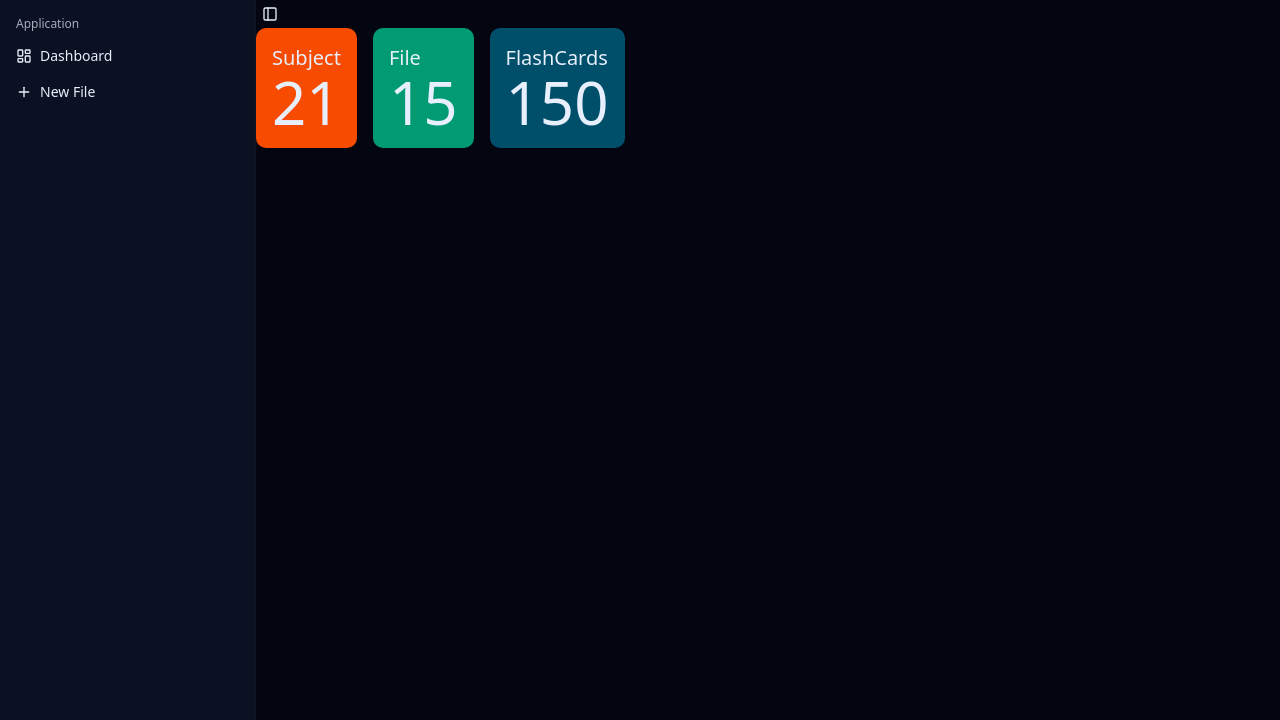
Repository: SywarDer/Student-Assistance
Page: /dashboard (app in student-assistant/)
An editor plug-in stored every save of this project. The page is shown before and after a run of saves, followed by the edit.
The browser window is 1280 px wide. The pictures show the whole page.
The project was rebuilt for these pictures with package versions that can differ from the ones it lists, and the page was loaded fresh each time. The framework's server and built-in components were replaced by stand-ins that run in the browser. Also part of the build but not shown: student-assistant/next.config.ts, student-assistant/components/ui/input.tsx, student-assistant/components/ui/separator.tsx, student-assistant/components/ui/skeleton.tsx. Imported but missing from the stored project, and not drawn on this page: student-assistant/components/ui/sheet.

Above is the page before, as saved 2025-10-30 19:57:35.

### student-assistant/app/layout.tsx
import type { Metadata } from "next";
import { Geist, Geist_Mono } from "next/font/google";
import "./globals.css";
import { SidebarProvider, SidebarTrigger } from "@/components/ui/sidebar";
import { AppSidebar } from "./home/components/navBar";

const geistSans = Geist({
  variable: "--font-geist-sans",
  subsets: ["latin"],
});

const geistMono = Geist_Mono({
  variable: "--font-geist-mono",
  subsets: ["latin"],
});

export const metadata: Metadata = {
  title: "Create Next App",
  description: "Generated by create next app",
};

export default function RootLayout({
children,
}: Readonly<{
  children: React.ReactNode;
}>) {
  return (
    <html lang="en">
      <body
        className={`${geistSans.variable} ${geistMono.variable} antialiased`}
      >
        <SidebarProvider>
      <AppSidebar />
      <main>
        <SidebarTrigger />
        {children}
         </main>
    </SidebarProvider>
      </body>
    </html>
  );
}

### student-assistant/app/dashboard/page.tsx
export default function Dashboard() {
    return (
         // Dashboard Cards
        <div className="flex space-x-4 justify-between w-full">
            <div className="rounded-lg p-4" style={{
                backgroundColor: "var(--chart-1)",
                color: "var(--card-foreground)",
            }}>
                <h1 className="text-xl">Subject</h1>
                <h1 className="text-6xl">21</h1>
            </div>
            <div className="rounded-lg p-4" style={{
                backgroundColor: "var(--chart-2)",
                color: "var(--card-foreground)",
            }}>
                <h1 className="text-xl">File</h1>
                <h1 className="text-6xl">15</h1>
            </div>
            <div className="rounded-lg p-4" style={{
                backgroundColor: "var(--chart-3)",
                color: "var(--card-foreground)",
            }}>
                <h1 className="text-xl">FlashCards</h1>
                <h1 className="text-6xl">150</h1>
            </div>
        </div>

    )
}

### student-assistant/app/globals.css
@import "tailwindcss";
@import "tw-animate-css";

@custom-variant dark (&:is(.dark *));

@theme inline {
  --color-background: var(--background);
  --color-foreground: var(--foreground);
  --font-sans: var(--font-geist-sans);
  --font-mono: var(--font-geist-mono);
  --color-sidebar-ring: var(--sidebar-ring);
  --color-sidebar-border: var(--sidebar-border);
  --color-sidebar-accent-foreground: var(--sidebar-accent-foreground);
  --color-sidebar-accent: var(--sidebar-accent);
  --color-sidebar-primary-foreground: var(--sidebar-primary-foreground);
  --color-sidebar-primary: var(--sidebar-primary);
  --color-sidebar-foreground: var(--sidebar-foreground);
  --color-sidebar: var(--sidebar);
  --color-chart-5: var(--chart-5);
  --color-chart-4: var(--chart-4);
  --color-chart-3: var(--chart-3);
  --color-chart-2: var(--chart-2);
  --color-chart-1: var(--chart-1);
  --color-ring: var(--ring);
  --color-input: var(--input);
  --color-border: var(--border);
  --color-destructive: var(--destructive);
  --color-accent-foreground: var(--accent-foreground);
  --color-accent: var(--accent);
  --color-muted-foreground: var(--muted-foreground);
  --color-muted: var(--muted);
  --color-secondary-foreground: var(--secondary-foreground);
  --color-secondary: var(--secondary);
  --color-primary-foreground: var(--primary-foreground);
  --color-primary: var(--primary);
  --color-popover-foreground: var(--popover-foreground);
  --color-popover: var(--popover);
  --color-card-foreground: var(--card-foreground);
  --color-card: var(--card);
  --radius-sm: calc(var(--radius) - 4px);
  --radius-md: calc(var(--radius) - 2px);
  --radius-lg: var(--radius);
  --radius-xl: calc(var(--radius) + 4px);
}

:root {
  --radius: 0.625rem;

  /* Base dark background & text */
  --background: oklch(0.12 0.03 270);        /* Dark gray-blue */
  --foreground: oklch(0.95 0.02 260);        /* Soft white */

  /* Cards & popovers */
  --card: oklch(0.18 0.04 270);              /* Slightly lighter than background */
  --card-foreground: var(--foreground);
  --popover: oklch(0.18 0.04 270);
  --popover-foreground: var(--foreground);

  /* Primary & secondary */
  --primary: oklch(0.6 0.12 260);            /* Deep blue */
  --primary-foreground: var(--foreground);
  --secondary: oklch(0.45 0.08 280);         /* Soft purple */
  --secondary-foreground: var(--foreground);

  /* Muted & accents */
  --muted: oklch(0.2 0.03 270);
  --muted-foreground: oklch(0.7 0.02 260);
  --accent: oklch(0.65 0.15 350);            /* Magenta/pinkish accent */
  --accent-foreground: var(--foreground);

  /* Destructive actions */
  --destructive: oklch(0.6 0.25 30);         /* Dark red */
  --border: oklch(0.3 0.02 270 / 40%);
  --input: oklch(0.15 0.03 270);             /* Slightly darker than card */
  --ring: oklch(0.5 0.03 270);

  /* Charts */
  --chart-1: oklch(0.65 0.22 40);
  --chart-2: oklch(0.6 0.15 170);
  --chart-3: oklch(0.4 0.08 230);
  --chart-4: oklch(0.6 0.18 300);
  --chart-5: oklch(0.55 0.2 50);

  /* Sidebar */
  --sidebar: oklch(0.18 0.04 270);
  --sidebar-foreground: var(--foreground);
  --sidebar-primary: var(--primary);
  --sidebar-primary-foreground: var(--foreground);
  --sidebar-accent: var(--accent);
  --sidebar-accent-foreground: var(--foreground);
  --sidebar-border: oklch(0.3 0.02 270 / 40%);
  --sidebar-ring: oklch(0.5 0.03 270);
}

/* Optional light mode toggle */
.light {
  --background: oklch(0.98 0.02 260);       /* Light gray */
  --foreground: oklch(0.12 0.03 270);       /* Dark text */

  --card: oklch(0.99 0.03 260);
  --card-foreground: var(--foreground);
  --popover: oklch(0.99 0.03 260);
  --popover-foreground: var(--foreground);

  --primary: oklch(0.2 0.05 260);
  --primary-foreground: var(--foreground);
  --secondary: oklch(0.5 0.1 280);
  --secondary-foreground: var(--foreground);

  --muted: oklch(0.85 0.03 270);
  --muted-foreground: oklch(0.35 0.02 260);
  --accent: oklch(0.8 0.2 350);
  --accent-foreground: var(--foreground);

  --destructive: oklch(0.9 0.25 30);
  --border: oklch(0.8 0.02 270 / 30%);
  --input: oklch(0.95 0.03 260);
  --ring: oklch(0.7 0.03 270);

  --chart-1: oklch(0.65 0.22 40);
  --chart-2: oklch(0.6 0.15 170);
  --chart-3: oklch(0.4 0.08 230);
  --chart-4: oklch(0.6 0.18 300);
  --chart-5: oklch(0.55 0.2 50);

  --sidebar: oklch(0.95 0.03 260);
  --sidebar-foreground: var(--foreground);
  --sidebar-primary: var(--primary);
  --sidebar-primary-foreground: var(--foreground);
  --sidebar-accent: var(--accent);
  --sidebar-accent-foreground: var(--foreground);
  --sidebar-border: oklch(0.8 0.02 270 / 30%);
  --sidebar-ring: oklch(0.7 0.03 270);
}



@layer base {
  * {
    @apply border-border outline-ring/50;
  }
  body {
    @apply bg-background text-foreground;
  }
}

### student-assistant/app/home/components/navBar.tsx
import { Calendar, Home, Inbox, LayoutDashboardIcon, PlusIcon, Search, Settings } from "lucide-react"

import {
  Sidebar,
  SidebarContent,
  SidebarGroup,
  SidebarGroupContent,
  SidebarGroupLabel,
  SidebarMenu,
  SidebarMenuButton,
  SidebarMenuItem,
} from "@/components/ui/sidebar"


const items = [
  {
    title: "Dashboard",
    url: "/dashboard",
    icon: LayoutDashboardIcon,
  },
  {
    title: "New File",
    url: "/new-file",
    icon: PlusIcon,
  },

]

export function AppSidebar() {
  return (
    <Sidebar>
      <SidebarContent>
        <SidebarGroup>
          <SidebarGroupLabel>Application</SidebarGroupLabel>
          <SidebarGroupContent>
            <SidebarMenu>
              {items.map((item) => (
                <SidebarMenuItem key={item.title}>
                  <SidebarMenuButton asChild>
                    <a href={item.url}>
                      <item.icon />
                      <span>{item.title}</span>
                    </a>
                  </SidebarMenuButton>
                </SidebarMenuItem>
              ))}
            </SidebarMenu>
          </SidebarGroupContent>
        </SidebarGroup>
      </SidebarContent>
    </Sidebar>
  )
}

### student-assistant/components/ui/button.tsx
import * as React from "react"
import { Slot } from "@radix-ui/react-slot"
import { cva, type VariantProps } from "class-variance-authority"

import { cn } from "@/lib/utils"

const buttonVariants = cva(
  "inline-flex items-center justify-center gap-2 whitespace-nowrap rounded-md text-sm font-medium transition-all disabled:pointer-events-none disabled:opacity-50 [&_svg]:pointer-events-none [&_svg:not([class*='size-'])]:size-4 shrink-0 [&_svg]:shrink-0 outline-none focus-visible:border-ring focus-visible:ring-ring/50 focus-visible:ring-[3px] aria-invalid:ring-destructive/20 dark:aria-invalid:ring-destructive/40 aria-invalid:border-destructive",
  {
    variants: {
      variant: {
        default: "bg-primary text-primary-foreground hover:bg-primary/90",
        destructive:
          "bg-destructive text-white hover:bg-destructive/90 focus-visible:ring-destructive/20 dark:focus-visible:ring-destructive/40 dark:bg-destructive/60",
        outline:
          "border bg-background shadow-xs hover:bg-accent hover:text-accent-foreground dark:bg-input/30 dark:border-input dark:hover:bg-input/50",
        secondary:
          "bg-secondary text-secondary-foreground hover:bg-secondary/80",
        ghost:
          "hover:bg-accent hover:text-accent-foreground dark:hover:bg-accent/50",
        link: "text-primary underline-offset-4 hover:underline",
      },
      size: {
        default: "h-9 px-4 py-2 has-[>svg]:px-3",
        sm: "h-8 rounded-md gap-1.5 px-3 has-[>svg]:px-2.5",
        lg: "h-10 rounded-md px-6 has-[>svg]:px-4",
        icon: "size-9",
        "icon-sm": "size-8",
        "icon-lg": "size-10",
      },
    },
    defaultVariants: {
      variant: "default",
      size: "default",
    },
  }
)

function Button({
  className,
  variant,
  size,
  asChild = false,
  ...props
}: React.ComponentProps<"button"> &
  VariantProps<typeof buttonVariants> & {
    asChild?: boolean
  }) {
  const Comp = asChild ? Slot : "button"

  return (
    <Comp
      data-slot="button"
      className={cn(buttonVariants({ variant, size, className }))}
      {...props}
    />
  )
}

export { Button, buttonVariants }

### student-assistant/components/ui/tooltip.tsx
"use client"

import * as React from "react"
import * as TooltipPrimitive from "@radix-ui/react-tooltip"

import { cn } from "@/lib/utils"

function TooltipProvider({
  delayDuration = 0,
  ...props
}: React.ComponentProps<typeof TooltipPrimitive.Provider>) {
  return (
    <TooltipPrimitive.Provider
      data-slot="tooltip-provider"
      delayDuration={delayDuration}
      {...props}
    />
  )
}

function Tooltip({
  ...props
}: React.ComponentProps<typeof TooltipPrimitive.Root>) {
  return (
    <TooltipProvider>
      <TooltipPrimitive.Root data-slot="tooltip" {...props} />
    </TooltipProvider>
  )
}

function TooltipTrigger({
  ...props
}: React.ComponentProps<typeof TooltipPrimitive.Trigger>) {
  return <TooltipPrimitive.Trigger data-slot="tooltip-trigger" {...props} />
}

function TooltipContent({
  className,
  sideOffset = 0,
  children,
  ...props
}: React.ComponentProps<typeof TooltipPrimitive.Content>) {
  return (
    <TooltipPrimitive.Portal>
      <TooltipPrimitive.Content
        data-slot="tooltip-content"
        sideOffset={sideOffset}
        className={cn(
          "bg-foreground text-background animate-in fade-in-0 zoom-in-95 data-[state=closed]:animate-out data-[state=closed]:fade-out-0 data-[state=closed]:zoom-out-95 data-[side=bottom]:slide-in-from-top-2 data-[side=left]:slide-in-from-right-2 data-[side=right]:slide-in-from-left-2 data-[side=top]:slide-in-from-bottom-2 z-50 w-fit origin-(--radix-tooltip-content-transform-origin) rounded-md px-3 py-1.5 text-xs text-balance",
          className
        )}
        {...props}
      >
        {children}
        <TooltipPrimitive.Arrow className="bg-foreground fill-foreground z-50 size-2.5 translate-y-[calc(-50%_-_2px)] rotate-45 rounded-[2px]" />
      </TooltipPrimitive.Content>
    </TooltipPrimitive.Portal>
  )
}

export { Tooltip, TooltipTrigger, TooltipContent, TooltipProvider }

Loaded but not shown: student-assistant/hooks/use-mobile.ts (common file); student-assistant/lib/utils.ts (common file); student-assistant/components/ui/sidebar.tsx (726 lines, source omitted)

After the next 3 saves:
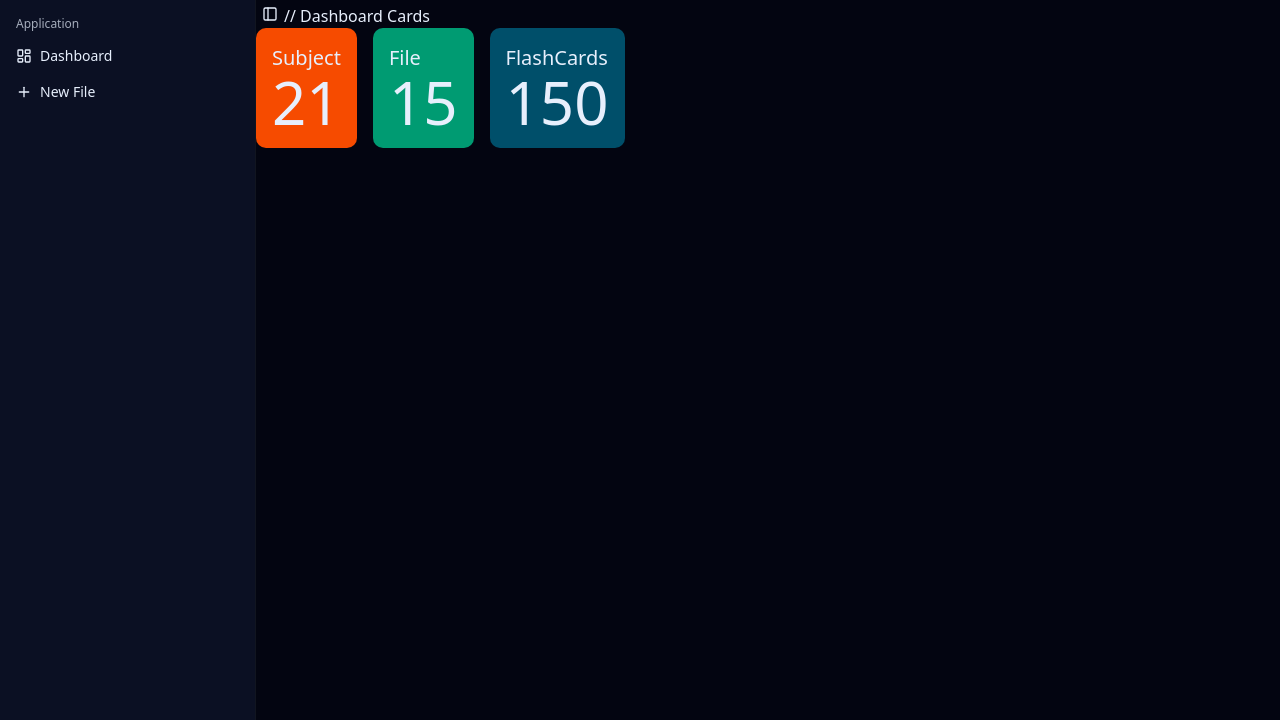
The 3 saves are shown as one change because they came seconds apart.
The last was saved 10 s later.
--- a/student-assistant/app/dashboard/page.tsx
+++ b/student-assistant/app/dashboard/page.tsx
@@ -1,5 +1,6 @@
 export default function Dashboard() {
     return (
+        <>
          // Dashboard Cards
         <div className="flex space-x-4 justify-between w-full">
             <div className="rounded-lg p-4" style={{
@@ -24,6 +25,7 @@ export default function Dashboard() {
                 <h1 className="text-6xl">150</h1>
             </div>
         </div>
+        </>
 
     )
 }
